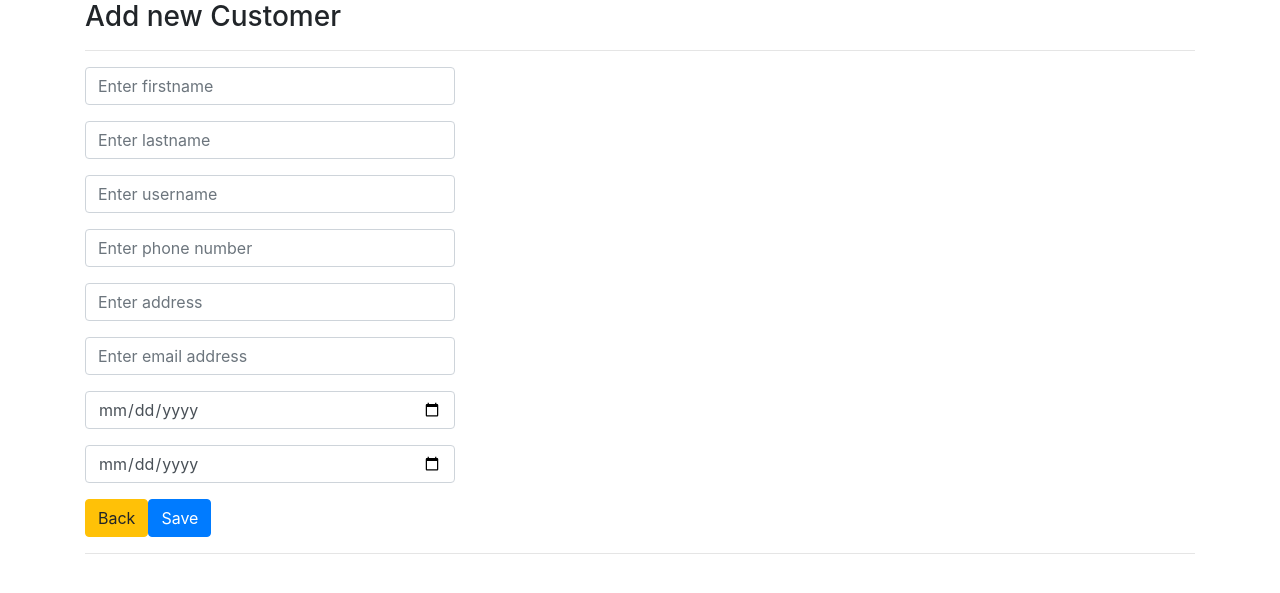
Repository: messimacky/Movie-Rental-System-Front-End
Page: /add-customer
The author's editor kept a copy of each file at every save. The page is drawn from the files as they stood at one save, then again after a run of saves.
The browser window is 1280 px wide. The pictures show the whole page.
The project was rebuilt for these pictures with package versions that can differ from the ones it lists, and the page was loaded fresh each time. Also part of the build but not shown: src/services/movie.service.js, src/components/AddMovie.js, src/components/MoviesList.js, src/components/NotFound.js, src/components/login/Login.js, src/components/CustomerList.js, src/services/rental.service.js, src/components/RentalsList.js and 5 more.

Above is the page before, as saved 2022-05-09 11:23:42.

After the next 4 saves:
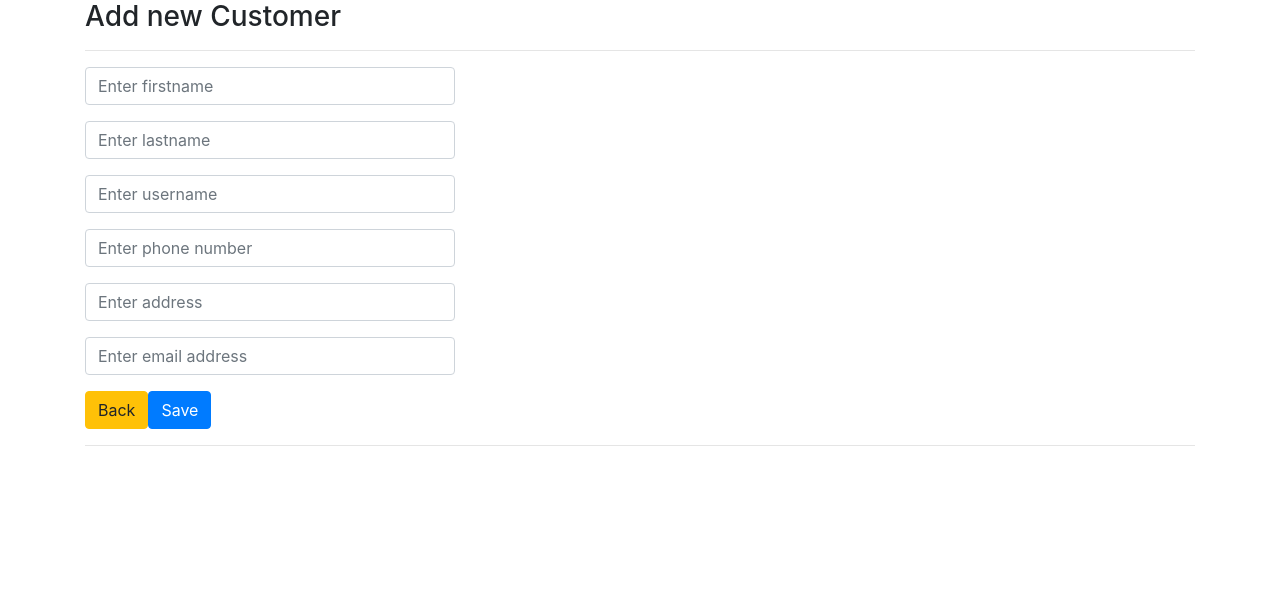
The 4 saves are shown as one change because 3 did not build or start.
The last was saved 5 min 22 s later.
--- a/src/components/AddCustomer.js
+++ b/src/components/AddCustomer.js
@@ -17,8 +17,8 @@ const AddCustomer = () => {
     const [email, setEmail] = useState('');
     const [creationDate, setCreationDate] = useState('');
     const [createdBy, setCreatedBy] = useState('');
-    const [updatedBy, setUpdatedBy] = useState('');
-    const [updatedDate, setUpdatedDate] = useState('');
+    const [modifiedBy, setLastModifiedBy] = useState('');
+    const [modifiedDate, setLastModifiedDate] = useState('');
 
     const history = useHistory();
     // const { id } = useParams();
@@ -27,7 +27,7 @@ const AddCustomer = () => {
 
     const saveCustomer = (e) => {
         e.preventDefault();
-        const customer = { firstName, lastName, username, phone, address, email, creationDate, createdBy, updatedBy, updatedDate };
+        const customer = { firstName, lastName, username, phone, address, email, creationDate, createdBy, lastModifiedBy, lastModifiedDate };
         if (id) {
             //update records
             customerService.update(customer)
@@ -64,10 +64,10 @@ const AddCustomer = () => {
                     setPhone(customer.data.phone);
                     setAddress(customer.data.address);
                     setEmail(customer.data.email);
-                    setCreatedBy(customer.data.createdBy);
-                    setCreationDate(customer.data.creationDate);
-                    setUpdatedBy(customer.data.updatedBy);
-                    setUpdatedDate(customer.data.updatedDate);
+                    // setCreatedBy(customer.data.createdBy);
+                    // setCreationDate(customer.data.creationDate);
+                    // setLastModifiedBy(customer.data.lastModifiedBy);
+                    // setLastModifiedDate(customer.data.lastModifiedDate);
 
 
 
@@ -155,27 +155,7 @@ const AddCustomer = () => {
                     />
                 </div>
 
-                <div className="form-group">
-                    <input
-                        type="date"
-                        className="form-control col-4"
-                        id="createdBy"
-                        value={creationDate}
-                        onChange={(e) => setCreatedBy(e.target.value)}
-                    />
-                </div>
 
-
-                <div className="form-group">
-                    <input
-                        type="date"
-                        className="form-control col-4"
-                        id="creationDate"
-                        value={creationDate}
-                        onChange={(e) => setCreationDate(e.target.value)}
-                        placeholder="Enter email address"
-                    />
-                </div>
 
                 <div>
                     <Link className="btn btn-warning" to="/customers">Back</Link>
